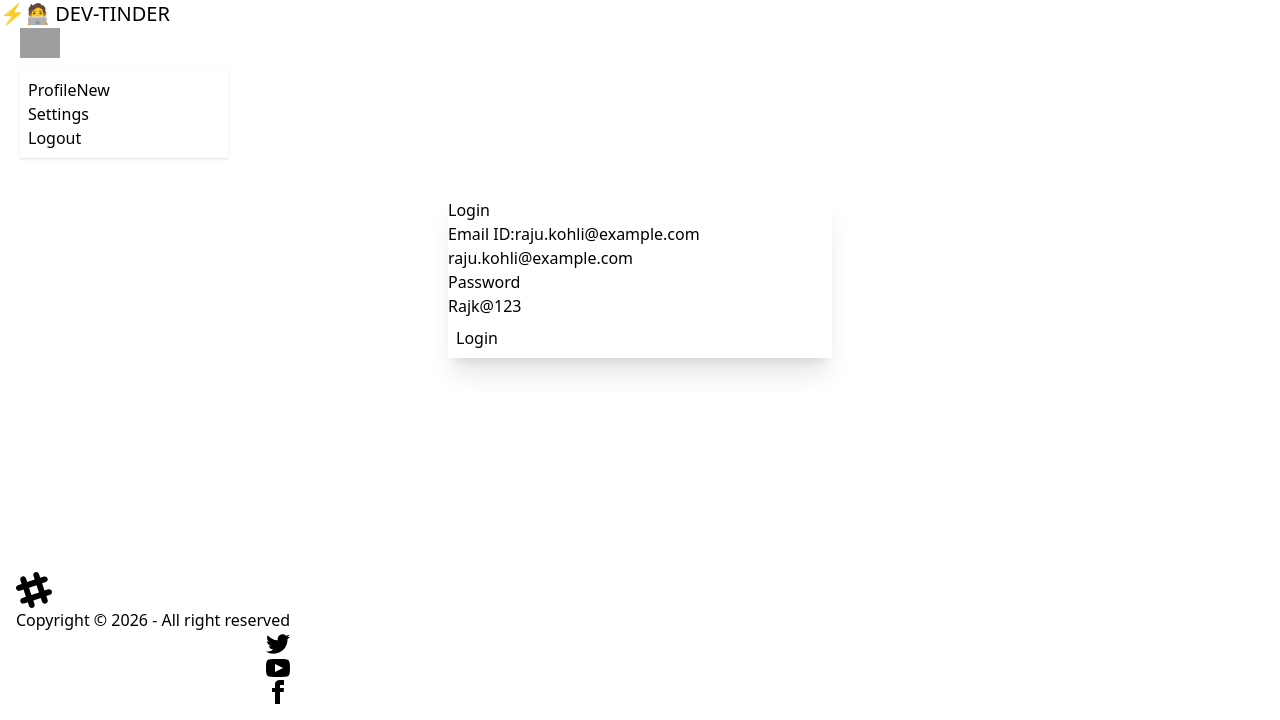
Repository: Mauryavishal18/DEV-TINDER
Page: /login (app in Frontend/)
An editor plug-in stored every save of this project. The page is shown before and after a run of saves, followed by the edit.
The browser window is 1280 px wide. The pictures show the whole page.
Pictures or frames that could not be fetched are drawn as grey boxes. The project was rebuilt for these pictures with package versions that can differ from the ones it lists, and the page was loaded fresh each time. Also part of the build but not shown: Frontend/vite.config.js, Frontend/src/Profile.jsx.

Above is the page before, as saved 2026-02-15 01:57:52.

### Frontend/index.html
<!doctype html>
<html lang="en">
  <head>
    <meta charset="UTF-8" />
    <link rel="icon" type="image/svg+xml" href="/vite.svg" />
    <meta name="viewport" content="width=device-width, initial-scale=1.0" />
    <title>devtinder</title>
  </head>
  <body>
    <div id="root"></div>
    <script type="module" src="/src/main.jsx"></script>
  </body>
</html>

### Frontend/src/App.jsx
import { BrowserRouter, Route, Routes } from "react-router-dom";
import NavBar from "./NavBar";
import Body from "./Body";
import Login from "./Login";
import Profile from "./Profile";

function App(){
  return (
    <>

    <BrowserRouter basename="/">
     <Routes>
      <Route path="/" element={<Body/>}>
      <Route path="/login" element={<Login/>}/>
     <Route path="/profile" element={<Profile/>}/>
     </Route>
     </Routes>
    </BrowserRouter>
    </>
  );
}

export default App;

### Frontend/src/NavBar.jsx
import React from 'react'

const NavBar = () => {
  return (
     <div className="navbar bg-base-300">
  <div className="flex-1">
    <a className="btn btn-ghost text-xl">⚡🧑‍💻
DEV-TINDER</a>
  </div>
  <div className="flex-none gap-2">
    {/* <div className="form-control">
      <input type="text" placeholder="Search" className="input input-bordered w-24 md:w-auto" />
    </div> */}
    <div className="dropdown dropdown-end mx-5">
      <div tabIndex={0} role="button" className="btn btn-ghost btn-circle avatar">
        <div className="w-10 rounded-full">
          <img
            alt="Tailwind CSS Navbar component"
            src="https://img.daisyui.com/images/stock/photo-1534528741775-53994a69daeb.webp" />
        </div>
      </div>
      <ul
        tabIndex={0}
        className="menu menu-sm dropdown-content bg-base-100 rounded-box z-[1] mt-3 w-52 p-2 shadow">
        <li>
          <a className="justify-between">
            Profile
            <span className="badge">New</span>
          </a>
        </li>
        <li><a>Settings</a></li>
        <li><a>Logout</a></li>
      </ul>
    </div>
  </div>
</div>
    // <div>NavBar</div>
  );
}

export default NavBar;

### Frontend/src/Body.jsx
import React from 'react'
import NavBar from './NavBar'
import { Outlet } from 'react-router-dom';
import Footer from './Footer';

const Body = () => {
  return (
    <div>
        <NavBar/>
        <Outlet/>
        <Footer/>
    </div>
  );
};

export default Body;

### Frontend/src/Login.jsx
import React, { useState } from 'react'
import axios from 'axios';

const Login = () => {
    const[emailId, setEmailId]=useState("raju.kohli@example.com");
    const[password,setPassword]=useState("Rajk@123");
    const handleLogin=async()=>{
   try{ const res= await axios.post("http://localhost:3000/login",{
        emailId,
        password,
    });}
    catch(err){
        console.error(err)
    }
};


  return (
    <div className='flex justify-center my-10'>
        <div className="card bg-base-300 w-96 shadow-xl">
  <div className="card-body">
    <h2 className="card-title bg-base-300 justify-center">Login</h2>
    <div>
        <label className="form-control w-full max-w-xs my-2">
  <div className="label">
    <span className="label-text">Email ID:{emailId}</span>
    {/* <span className="label-text-alt">Top Right label</span> */}
  </div>
  <input type="text" value={emailId} placeholder="" className="input input-bordered w-full max-w-xs"
  onChange={(e)=>setEmailId(e.target.value)} />

</label>
<label className="form-control w-full max-w-xs my-2">
  <div className="label">
    <span className="label-text">Password</span>
    {/* <span className="label-text-alt">Top Right label</span> */}
  </div>
  <input type="text" value={password} placeholder="" className="input input-bordered w-full max-w-xs"
  onChange={(e)=>setPassword(e.target.value)}/>

</label>
    </div>
    <div className="card-actions justify-center m-2">
      <button className="btn btn-primary" onClick={handleLogin}>Login</button>
    </div>
  </div>
</div>
</div>
  );
};

export default Login

### Frontend/src/Footer.jsx
import React from 'react'

const Footer = () => {
  return (

        <footer className="footer bg-base-200 text-neutral-content items-center p-4 fixed bottom-0">
  <aside className="grid-flow-col items-center">
    <svg
      width="36"
      height="36"
      viewBox="0 0 24 24"
      xmlns="http://www.w3.org/2000/svg"
      fillRule="evenodd"
      clipRule="evenodd"
      className="fill-current">
      <path
        d="M22.672 15.226l-2.432.811.841 2.515c.33 1.019-.209 2.127-1.23 2.456-1.15.325-2.148-.321-2.463-1.226l-.84-2.518-5.013 1.677.84 2.517c.391 1.203-.434 2.542-1.831 2.542-.88 0-1.601-.564-1.86-1.314l-.842-2.516-2.431.809c-1.135.328-2.145-.317-2.463-1.229-.329-1.018.211-2.127 1.231-2.456l2.432-.809-1.621-4.823-2.432.808c-1.355.384-2.558-.59-2.558-1.839 0-.817.509-1.582 1.327-1.846l2.433-.809-.842-2.515c-.33-1.02.211-2.129 1.232-2.458 1.02-.329 2.13.209 2.461 1.229l.842 2.515 5.011-1.677-.839-2.517c-.403-1.238.484-2.553 1.843-2.553.819 0 1.585.509 1.85 1.326l.841 2.517 2.431-.81c1.02-.33 2.131.211 2.461 1.229.332 1.018-.21 2.126-1.23 2.456l-2.433.809 1.622 4.823 2.433-.809c1.242-.401 2.557.484 2.557 1.838 0 .819-.51 1.583-1.328 1.847m-8.992-6.428l-5.01 1.675 1.619 4.828 5.011-1.674-1.62-4.829z"></path>
    </svg>
    <p>Copyright © {new Date().getFullYear()} - All right reserved</p>
  </aside>
  <nav className="grid-flow-col gap-4 md:place-self-center md:justify-self-end">
    <a>
      <svg
        xmlns="http://www.w3.org/2000/svg"
        width="24"
        height="24"
        viewBox="0 0 24 24"
        className="fill-current">
        <path
          d="M24 4.557c-.883.392-1.832.656-2.828.775 1.017-.609 1.798-1.574 2.165-2.724-.951.564-2.005.974-3.127 1.195-.897-.957-2.178-1.555-3.594-1.555-3.179 0-5.515 2.966-4.797 6.045-4.091-.205-7.719-2.165-10.148-5.144-1.29 2.213-.669 5.108 1.523 6.574-.806-.026-1.566-.247-2.229-.616-.054 2.281 1.581 4.415 3.949 4.89-.693.188-1.452.232-2.224.084.626 1.956 2.444 3.379 4.6 3.419-2.07 1.623-4.678 2.348-7.29 2.04 2.179 1.397 4.768 2.212 7.548 2.212 9.142 0 14.307-7.721 13.995-14.646.962-.695 1.797-1.562 2.457-2.549z"></path>
      </svg>
    </a>
    <a>
      <svg
        xmlns="http://www.w3.org/2000/svg"
        width="24"
        height="24"
        viewBox="0 0 24 24"
        className="fill-current">
        <path
          d="M19.615 3.184c-3.604-.246-11.631-.245-15.23 0-3.897.266-4.356 2.62-4.385 8.816.029 6.185.484 8.549 4.385 8.816 3.6.245 11.626.246 15.23 0 3.897-.266 4.356-2.62 4.385-8.816-.029-6.185-.484-8.549-4.385-8.816zm-10.615 12.816v-8l8 3.993-8 4.007z"></path>
      </svg>
    </a>
    <a>
      <svg
        xmlns="http://www.w3.org/2000/svg"
        width="24"
        height="24"
        viewBox="0 0 24 24"
        className="fill-current">
        <path
          d="M9 8h-3v4h3v12h5v-12h3.642l.358-4h-4v-1.667c0-.955.192-1.333 1.115-1.333h2.885v-5h-3.808c-3.596 0-5.192 1.583-5.192 4.615v3.385z"></path>
      </svg>
    </a>
  </nav>
</footer>
  );
}

export default Footer;

Loaded but not shown: Frontend/src/main.jsx (common file); Frontend/src/index.css (common file); Frontend/tailwind.config.js (common file)

After the next 2 saves:
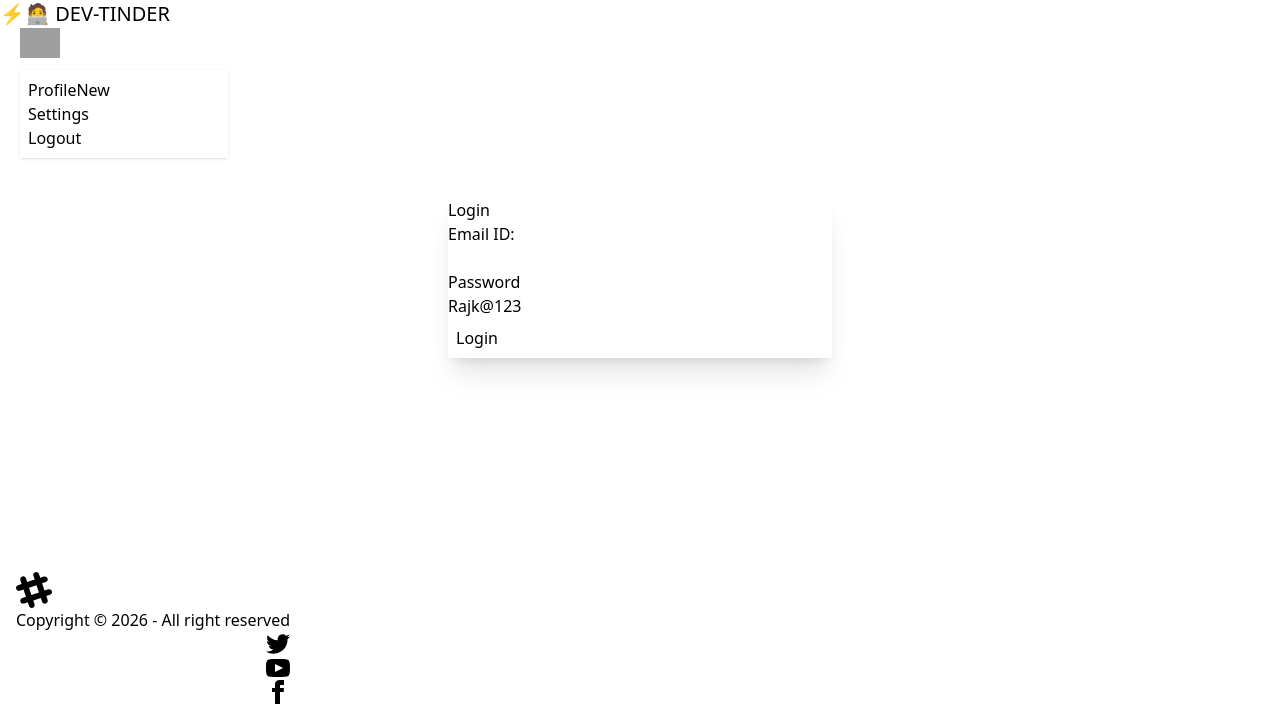
The 2 saves are shown as one change because they came seconds apart.
The last was saved 41 s later.
--- a/Frontend/src/Login.jsx
+++ b/Frontend/src/Login.jsx
@@ -2,7 +2,7 @@ import React, { useState } from 'react'
 import axios from 'axios';
 
 const Login = () => {
-    const[emailId, setEmailId]=useState("raju.kohli@example.com");
+    const[emailId, setEmailId]=useState("");
     const[password,setPassword]=useState("Rajk@123");
     const handleLogin=async()=>{
    try{ const res= await axios.post("http://localhost:3000/login",{
